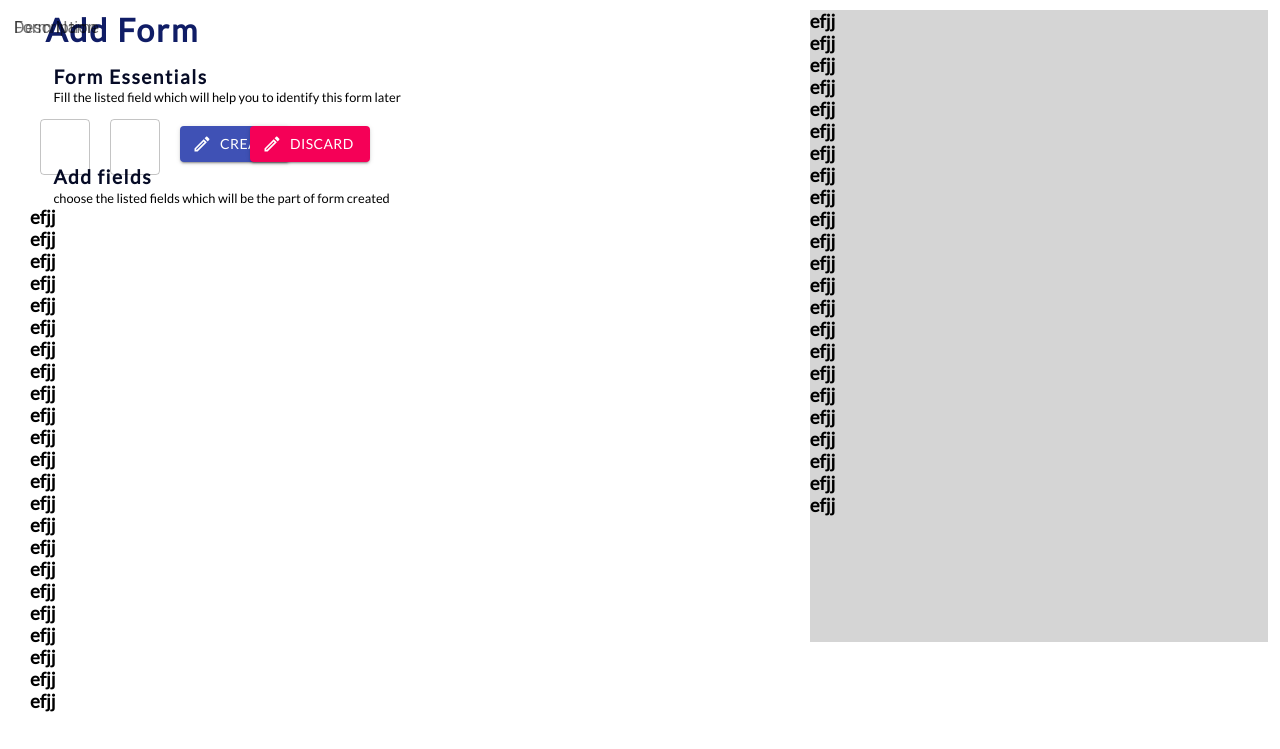
Repository: Architjain128/df
Page: /add
The author's editor kept a copy of each file at every save. The page is drawn from the files as they stood at one save, then again after the next save.
The browser window is 1280 px wide. The pictures show the whole page.
The project was rebuilt for these pictures with package versions that can differ from the ones it lists, and the page was loaded fresh each time. Also part of the build but not shown: src/App.css, src/dftable.js, src/dataForm.js.

Above is the page before, as saved 2021-06-25 16:08:40.

After the next save:
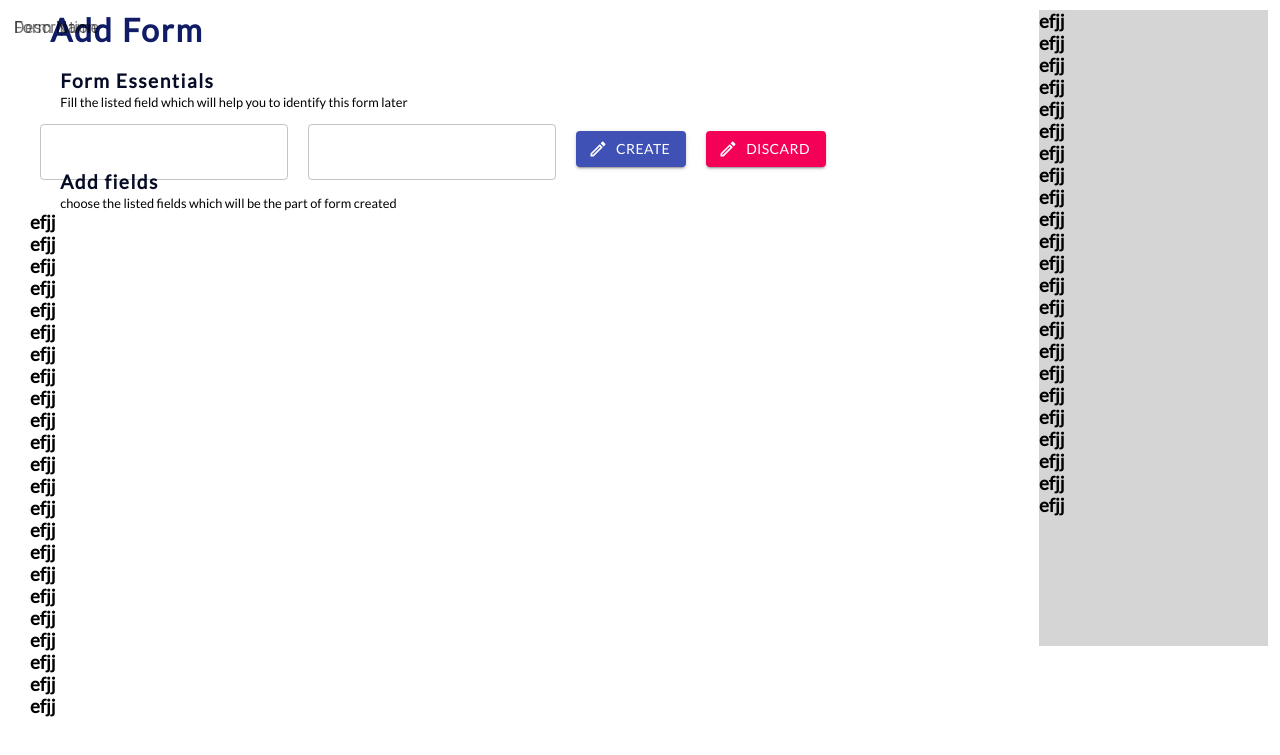
Saved 13 s later.
--- a/src/dataForm.css
+++ b/src/dataForm.css
@@ -121,7 +121,7 @@
 }
 .flex-item {
   padding: 5px;
-  width: 60px;
+  /* width: 60px; */
   height: 50px;
   margin: 5px;
   line-height: 50px;
